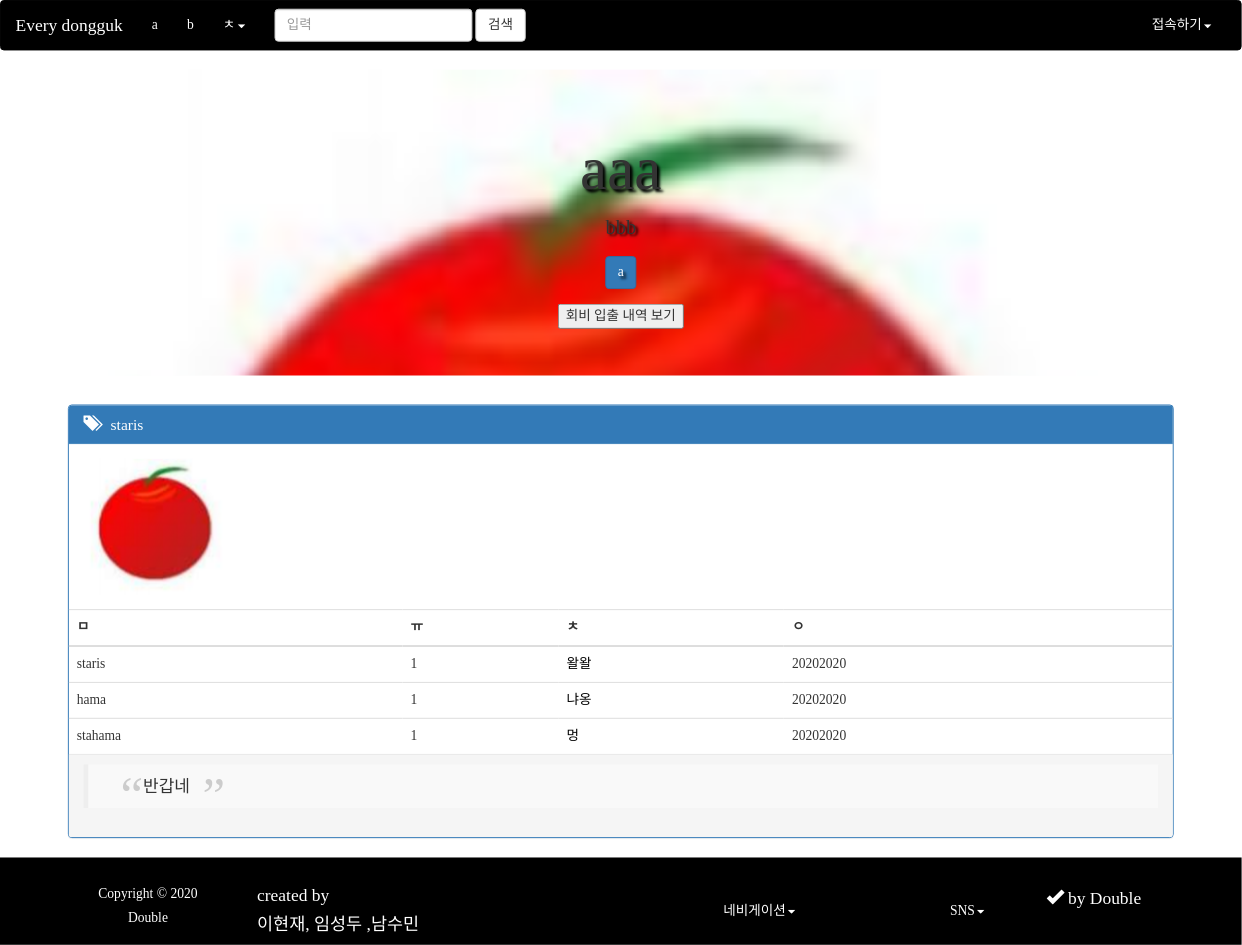
Repository: CSID-DGU/2020-1-ESCD-DOUBLE
Page: http://localhost/web/WEB-INF/views/template/index.jsp
The author's editor kept a copy of each file at every save. The page is drawn from the files as they stood at one save, then again after the next save.
The browser window is 1280 px wide. The pictures show the whole page, at 97% of full size.
Some web fonts or font styles are not loaded; a fallback is used. Some web libraries are served in a nearby version. The page is served by Tomcat 9. Nobody is signed in. The template is opened directly, without the code that normally fills it, so the values that code supplies are empty.

Above is the page before, as saved 2020-05-01 15:40:11.

After the next save:
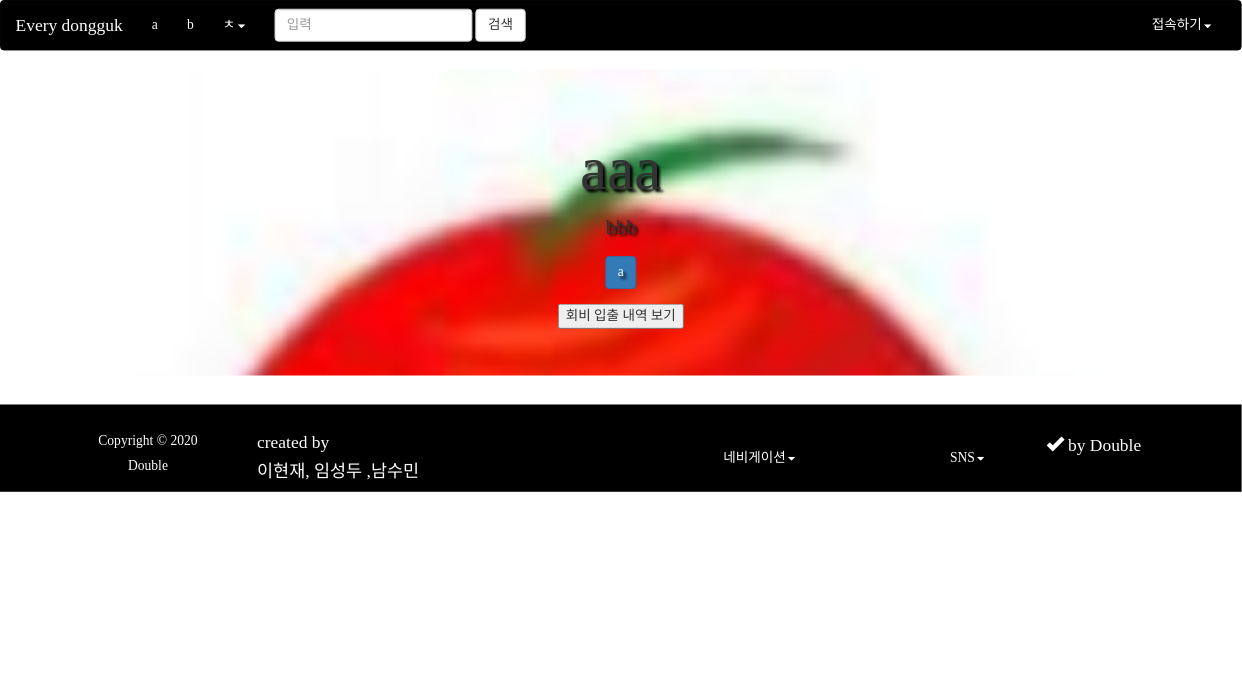
Saved 18 s later.
--- a/web/src/main/webapp/WEB-INF/views/template/index.jsp
+++ b/web/src/main/webapp/WEB-INF/views/template/index.jsp
@@ -23,31 +23,6 @@ color:white;
 background-image:url('images/apple.png');
 background-size:cover;
 }
-
-blockquote{
-background:#f9f9f9;
-border-left:10px solid #cccccc;
-margin: 1.5em 10px;
-padding: 0.5em 10px;
-quotes: "\201C""\201D""\2018""\2019"
-}
-blockquote:before{
-color:#cccccc;
-content:open-quote;
-font-size:3em;
-line-height:0.1em;
-margin-left:0.25em;
-vertical-align:-0.4em;
-}
-blockquote:after{
-color:#cccccc;
-content:close-quote;
-font-size:3em;
-line-height:0.1em;
-margin-left:0.25em;
-vertical-align:-0.4em;
-}
-
 
 </style>
 <%@include file="header.jsp"%>
@@ -78,66 +53,6 @@ vertical-align:-0.4em;
 
 </div>
 
-<div class="container">
-	<div class="row">
-		<div class="col-xs-12">
-		<div class="panel panel-primary">
-		<div class="panel-heading">
-			<h3 class="panel-title">
-				<span class="glyphicon glyphicon-tags"></span>
-				&nbsp;&nbsp;staris
-			</h3>
-		</div>
-		<div class="panel-body">
-			<div class="media">
-				<div class="media-left">
-					<a href="#">
-						<img class="media-object" src="images/apple.png" alt="개발자 이미지">
-
-					</a>
-				</div>
-
-
-			</div>
-		</div>
-		<table class="table">
-			<thead>
-			<tr>
-				<th>ㅁ</th>
-				<th>ㅠ</th>
-				<th>ㅊ</th>
-				<th>ㅇ</th>
-			</tr>
-			</thead>
-			<tbody>
-				<tr>
-				<td>staris</td>
-				<td>1</td>
-				<td><a href="">왈왈</a></td>
-				<td>20202020</td>
-				</tr>
-				<tr>
-				<td>hama</td>
-				<td>1</td>
-				<td><a href="">냐옹</a></td>
-				<td>20202020</td>
-				</tr>
-				<tr>
-				<td>stahama</td>
-				<td>1</td>
-				<td><a href="">멍</a></td>
-				<td>20202020</td>
-				</tr>
-
-			</tbody>
-		</table>
-			<div class="panel-footer">
-					<blockquote>반갑네</blockquote>
-			</div>
-
-		</div></div>
-	</div>
-</div>
 
 
 <%@include file="footer.jsp"%>
